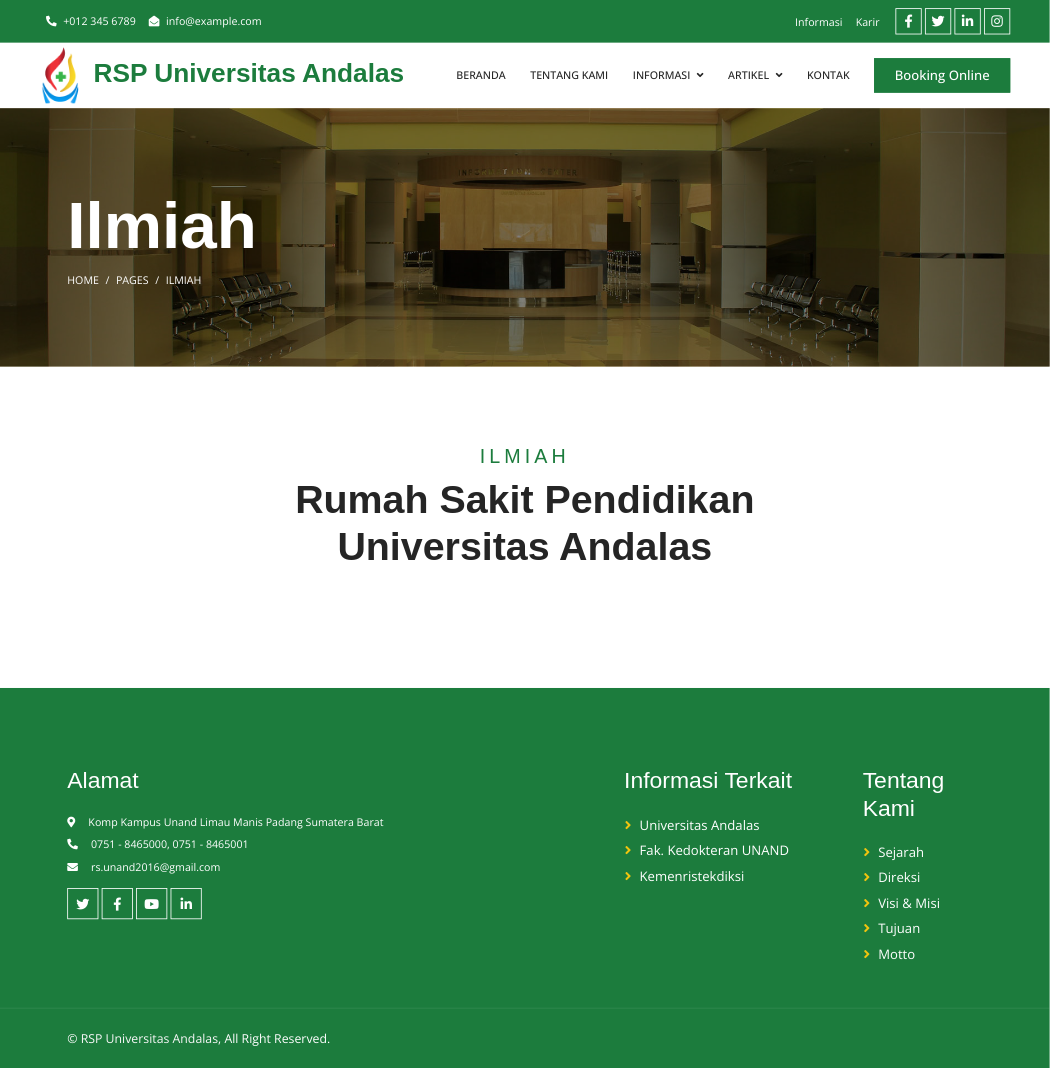
Repository: vivin-erialis/rsunand-site
Page: http://localhost/ilmiah
An editor plug-in stored every save of this project. The page is shown before and after a run of saves, followed by the edit.
The browser window is 1280 px wide. The pictures show the whole page, at 82% of full size.
Some web fonts or font styles are not loaded; a fallback is used. Some web libraries are served in a nearby version. The page is served by the project's Laravel application, run on PHP 8.4 with Laravel 12. Other server files are loaded and not shown. Queries for data that is not in the repository find no rows.

Above is the page before, as saved 2024-04-29 09:56:55.
Console error: TypeError: Cannot read properties of undefined (reading 'version')

### routes/web.php
<?php

use App\Http\Controllers\Backend\ArtikelController as BackendArtikelController;
use App\Http\Controllers\Frontend\ArtikelController;
use App\Http\Controllers\HomeController;
use App\Http\Controllers\InformasiController;
use App\Http\Controllers\TentangKamiController;
use Illuminate\Support\Facades\Route;

// Route::get('/', function () {
//     return view('welcome');
// });

Route::get('/', [HomeController::class, 'homePage']);
// Informasi
Route::get('tentang-kami', [TentangKamiController::class, 'tentangKami']);
Route::get('jadwal-dokter', [InformasiController::class, 'jadwalDokter']);
Route::get('informasi-dokter', [InformasiController::class, 'informasiDokter']);
Route::get('bagian-instalasi', [InformasiController::class, 'bagianInstalasi']);

// Artikel
Route::get('berita', [ArtikelController::class, 'berita']);
Route::get('ilmiah', [ArtikelController::class, 'ilmiah']);
Route::get('pendidikan-pelatihan', [ArtikelController::class, 'pendidikanPelatihan']);
Route::get('penyakit-pengobatan', [ArtikelController::class, 'penyakitPengobatan']);

Route::get('kontak', [HomeController::class, 'kontak']);
Route::get('informasi', [HomeController::class, 'informasi']);
Route::get('/karir', [HomeController::class, 'karir']);

//
Route::prefix('admin')->group(function () {
    Route::resource('/artikel', BackendArtikelController::class);
});

### app/Http/Controllers/Frontend/ArtikelController.php
<?php

namespace App\Http\Controllers\Frontend;

use App\Http\Controllers\Controller;
use App\Models\Artikel;
use App\Models\KategoriArtikel;
use Illuminate\Http\Request;
use Illuminate\Support\Facades\DB;

class ArtikelController extends Controller
{
    //
    //
    public function berita()
    {
        // Mengambil artikel dengan kategori "berita"
        $artikelBerita = Artikel::whereHas('kategori', function ($query) {
            $query->where('title', 'Berita');
        })->get();

        return view('Frontend.artikel.berita', [
            'headerStart' => 'Berita',
            'artikel' => $artikelBerita
        ]);
    }

    public function ilmiah()
    {
        $ilmiah = Artikel::whereHas('kategori', function ($query) {
            $query->where('title', 'Ilmiah');
        })->get();

        return view('Frontend.artikel.ilmiah', [
            'headerStart' => 'Ilmiah',
            'ilmiah' => $ilmiah,
        ]);
    }
    public function pendidikanPelatihan()
    {
        return view('Frontend.artikel.pendidikan-pelatihan', [
            'headerStart' => 'Pendidikan & Pelatihan'
        ]);
    }

    public function penyakitPengobatan()
    {
        return view('Frontend.artikel.penyakit-pengobatan', [
            'headerStart' => 'Penyakit & Pengobatan'
        ]);
    }
}

### app/Models/Artikel.php
<?php

namespace App\Models;

use Illuminate\Database\Eloquent\Factories\HasFactory;
use Illuminate\Database\Eloquent\Model;

class Artikel extends Model
{
    use HasFactory;

    protected $fillable = ['id', 'title', 'desc', 'isi', 'gambar', 'status', 'url', 'kategori_id', 'created_at', 'updated_at'];


    public function kategori() {
        return $this->belongsTo(KategoriArtikel::class, 'kategori_id');
    }
}

### app/Models/KategoriArtikel.php
<?php

namespace App\Models;

use Illuminate\Database\Eloquent\Factories\HasFactory;
use Illuminate\Database\Eloquent\Model;

class KategoriArtikel extends Model
{
    use HasFactory;

    public function artikel()
    {
        return $this->hasMany(Artikel::class, 'kategori_id');
    }
}

### resources/views/Frontend/artikel/ilmiah.blade.php
@extends('Frontend.layouts.main')
@section('title', 'Ilmiah')
@section('content')
    @include('Frontend.layouts.header')
    {{-- Ilmiah --}}
    <div class="container-xxl py-5">
        <div class="container">
            <div class="text-center mx-auto mb-5 wow fadeInUp" data-wow-delay="0.1s" style="max-width: 600px;">
                <h4 class="section-title">Ilmiah</h4>
                <h1 class="display-5 mb-4">Rumah Sakit Pendidikan Universitas Andalas</h1>
            </div>
            <dvi class="container-berita">

                @foreach ($ilmiah as $item)
                    <div class="card">
                        <img loading="lazy" class="card-img" src="{{ asset('/images/artikel/' . $item->gambar) }}">
                        <div class="card-content">
                            <h2 class="card-title">{{ $item->title }}</h2>
                            <p class="card-text">{!! $item->desc !!}</p>
                            <a href="/berita" class="card-button">Read More</a>
                        </div>
                    </div>
                @endforeach

            </dvi>
        </div>
    </div>
@endsection

### resources/views/Frontend/layouts/header.blade.php
<div class="container-fluid page-header py-5 mb-5 wow fadeIn" data-wow-delay="0.1s">
    <div class="container py-5">
        <h1 class="display-1 text-white animated slideInDown">{{$headerStart}}</h1>
        <nav aria-label="breadcrumb animated slideInDown">
            <ol class="breadcrumb text-uppercase mb-0">
                <li class="breadcrumb-item"><a class="text-white" href="#">Home</a></li>
                <li class="breadcrumb-item"><a class="text-white" href="#">Pages</a></li>
                <li class="breadcrumb-item text-white" aria-current="page">{{$headerStart}}</li>
            </ol>
        </nav>
    </div>
</div>

### resources/views/Frontend/layouts/topbar.blade.php
<div class="container-fluid bg-dark p-0 wow fadeIn" data-wow-delay="0.1s">
    <div class="row gx-0 d-none d-lg-flex">
        <div class="col-lg-7 px-5 text-start">
            <div class="h-100 d-inline-flex align-items-center py-3 me-3">
                <a class="text-body hp px-2" href="tel:+0123456789"><i class="fa fa-phone-alt text-white me-2"></i>+012 345 6789</a>
                <a class="text-body email px-2" href="mailto:info@example.com"><i class="fa fa-envelope-open text-white me-2"></i>info@example.com</a>
            </div>
        </div>
        <div class="col-lg-5 px-5 text-end">
            <div class="h-100 d-inline-flex align-items-center py-3 me-2">
                <a href="/informasi" class="text-body px-2" href="">Informasi</a>
                <a href="/karir" class="text-body px-2" href="">Karir</a>
            </div>
            <div class="h-100 d-inline-flex align-items-center">
                <a class="btn btn-sm-square btn-outline-body me-1" href=""><i class="fab fa-facebook-f"></i></a>
                <a class="btn btn-sm-square btn-outline-body me-1" href=""><i class="fab fa-twitter"></i></a>
                <a class="btn btn-sm-square btn-outline-body me-1" href=""><i class="fab fa-linkedin-in"></i></a>
                <a class="btn btn-sm-square btn-outline-body me-0" href=""><i class="fab fa-instagram"></i></a>
            </div>
        </div>
    </div>
</div>

### resources/views/Frontend/layouts/navbar.blade.php
<nav class="navbar navbar-expand-lg bg-white navbar-light sticky-top py-lg-0 px-lg-5 wow fadeIn" data-wow-delay="0.1s">
    <a href="/" class="navbar-brand ms-4 ms-lg-0">
        <h2 class="text-primary m-0"><img class="me-3" style="width: 50px" src="/../assets/img/rsunandlogo.png" alt="Icon">RSP Universitas Andalas</h2>
    </a>
    <button type="button" class="navbar-toggler me-4" data-bs-toggle="collapse" data-bs-target="#navbarCollapse">
        <span class="navbar-toggler-icon"></span>
    </button>
    <div class="collapse navbar-collapse" id="navbarCollapse">
        <div class="navbar-nav ms-auto p-4 p-lg-0">
            <a href="/" class="nav-item nav-link {{Request::is('/') ? 'active' : ''}} ">Beranda</a>
            <a href="/tentang-kami" class="nav-item nav-link  {{Request::is('tentang-kami') ? 'active' : ''}}">Tentang Kami</a>
            {{-- <a href="service.html" class="nav-item nav-link  {{Request::is('/') ? 'active' : ''}}">Services</a> --}}
            <div class="nav-item dropdown">
                <a href="#" class="nav-link dropdown-toggle" data-bs-toggle="dropdown">Informasi</a>
                <div class="dropdown-menu border-0 m-0">
                    <a href="/jadwal-doker" class="dropdown-item">Jadwal Dokter</a>
                    <a href="/informasi-dokter" class="dropdown-item">Informasi Dokter</a>
                    <a href="/kamar" class="dropdown-item">Ketersediaan Kamar</a>
                    <a href="/bagian-instalasi" class="dropdown-item">Bagian dan Instalasi</a>
                    {{-- <a href="testimonial.html" class="dropdown-item">Testimonial</a> --}}
                    {{-- <a href="404.html" class="dropdown-item">404 Page</a> --}}
                </div>
            </div>
            <div class="nav-item dropdown">
                <a href="#" class="nav-link dropdown-toggle" data-bs-toggle="dropdown">Artikel</a>
                <div class="dropdown-menu border-0 m-0">
                    <a href="/berita" class="dropdown-item">Berita</a>
                    <a href="/ilmiah" class="dropdown-item">Ilmiah</a>
                    <a href="/pendidikan-pelatihan" class="dropdown-item">Pendidikan dan Pelatihan</a>
                    <a href="/penyakit-pengobatan" class="dropdown-item">Penyakit dan Pengobatan</a>
                    {{-- <a href="testimonial.html" class="dropdown-item">Testimonial</a> --}}
                    {{-- <a href="404.html" class="dropdown-item">404 Page</a> --}}
                </div>
            </div>
            <a href="/kontak" class="nav-item nav-link  {{Request::is('kontak') ? 'active' : ''}}">Kontak</a>
        </div>
        <a href="/booking" class="btn btn-primary py-2 px-4 d-none d-lg-block">Booking Online</a>
    </div>
</nav>

### resources/views/Frontend/layouts/footer.blade.php
<div class="container-fluid bg-dark text-body footer mt-5 pt-5 px-0 wow fadeIn" data-wow-delay="0.1s">
    <div class="container py-5">
        <div class="row g-5">
            <div class="col-lg-7 col-md-6">
                <h3 class="text-light mb-4">Alamat</h3>
                <p class="mb-2"><i class="fa fa-map-marker-alt text-white me-3"></i>Komp Kampus Unand Limau Manis Padang Sumatera Barat</p>
                <p class="mb-2"><i class="fa fa-phone-alt text-white me-3"></i>0751 - 8465000, 0751 - 8465001</p>
                <p class="mb-2"><i class="fa fa-envelope text-white me-3"></i>rs.unand2016@gmail.com</p>
                <div class="d-flex pt-2">
                    <a class="btn btn-square btn-outline-body me-1" href=""><i class="fab fa-twitter"></i></a>
                    <a class="btn btn-square btn-outline-body me-1" href=""><i class="fab fa-facebook-f"></i></a>
                    <a class="btn btn-square btn-outline-body me-1" href=""><i class="fab fa-youtube"></i></a>
                    <a class="btn btn-square btn-outline-body me-0" href=""><i class="fab fa-linkedin-in"></i></a>
                </div>
            </div>
            <div class="col-lg-3 col-md-6">
                <h3 class="text-light mb-4">Informasi Terkait</h3>
                <a class="btn btn-link" href="">Universitas Andalas</a>
                <a class="btn btn-link" href="">Fak. Kedokteran UNAND</a>
                <a class="btn btn-link" href="">Kemenristekdiksi</a>
            </div>
            <div class="col-lg-2 col-md-6">
                <h3 class="text-light mb-4">Tentang Kami</h3>
                <a class="btn btn-link" href="">Sejarah</a>
                <a class="btn btn-link" href="">Direksi</a>
                <a class="btn btn-link" href="">Visi & Misi</a>
                <a class="btn btn-link" href="">Tujuan</a>
                <a class="btn btn-link" href="">Motto</a>
            </div>

        </div>
    </div>
    <div class="container-fluid copyright">
        <div class="container">
            <div class="row">
                <div class="col-md-6 text-center text-md-start mb-3 mb-md-0">
                    &copy; <a href="#">RSP Universitas Andalas</a>, All Right Reserved.
                </div>
                {{-- <div class="col-md-6 text-center text-md-end">
                    <!--/*** This template is free as long as you keep the footer author’s credit link/attribution link/backlink. If you'd like to use the template without the footer author’s credit link/attribution link/backlink, you can purchase the Credit Removal License from "https://htmlcodex.com/credit-removal". Thank you for your support. ***/-->
                    Designed By <a href="https://htmlcodex.com">HTML Codex</a>
                    <br> Distributed By: <a class="border-bottom" href="https://themewagon.com" target="_blank">ThemeWagon</a>
                </div> --}}
            </div>
        </div>
    </div>
</div>

Loaded but not shown: app/Http/Controllers/Controller.php (common file); public/assets/lib/animate/animate.min.css (library); public/assets/lib/owlcarousel/assets/owl.carousel.min.css (common file); public/assets/lib/tempusdominus/css/tempusdominus-bootstrap-4.min.css (library); public/assets/css/bootstrap.min.css (library); public/assets/lib/wow/wow.min.js (library); public/assets/lib/easing/easing.min.js (common file); public/assets/lib/waypoints/waypoints.min.js (library); public/assets/lib/counterup/counterup.min.js (common file); public/assets/lib/owlcarousel/owl.carousel.min.js (library); public/assets/lib/tempusdominus/js/moment-timezone.min.js (library); public/assets/lib/tempusdominus/js/tempusdominus-bootstrap-4.min.js (library); public/assets/js/main.js (83 lines, source omitted); resources/views/Frontend/layouts/main.blade.php (468 lines, source omitted); public/assets/css/style.css (664 lines, source omitted)

After the next 2 saves:
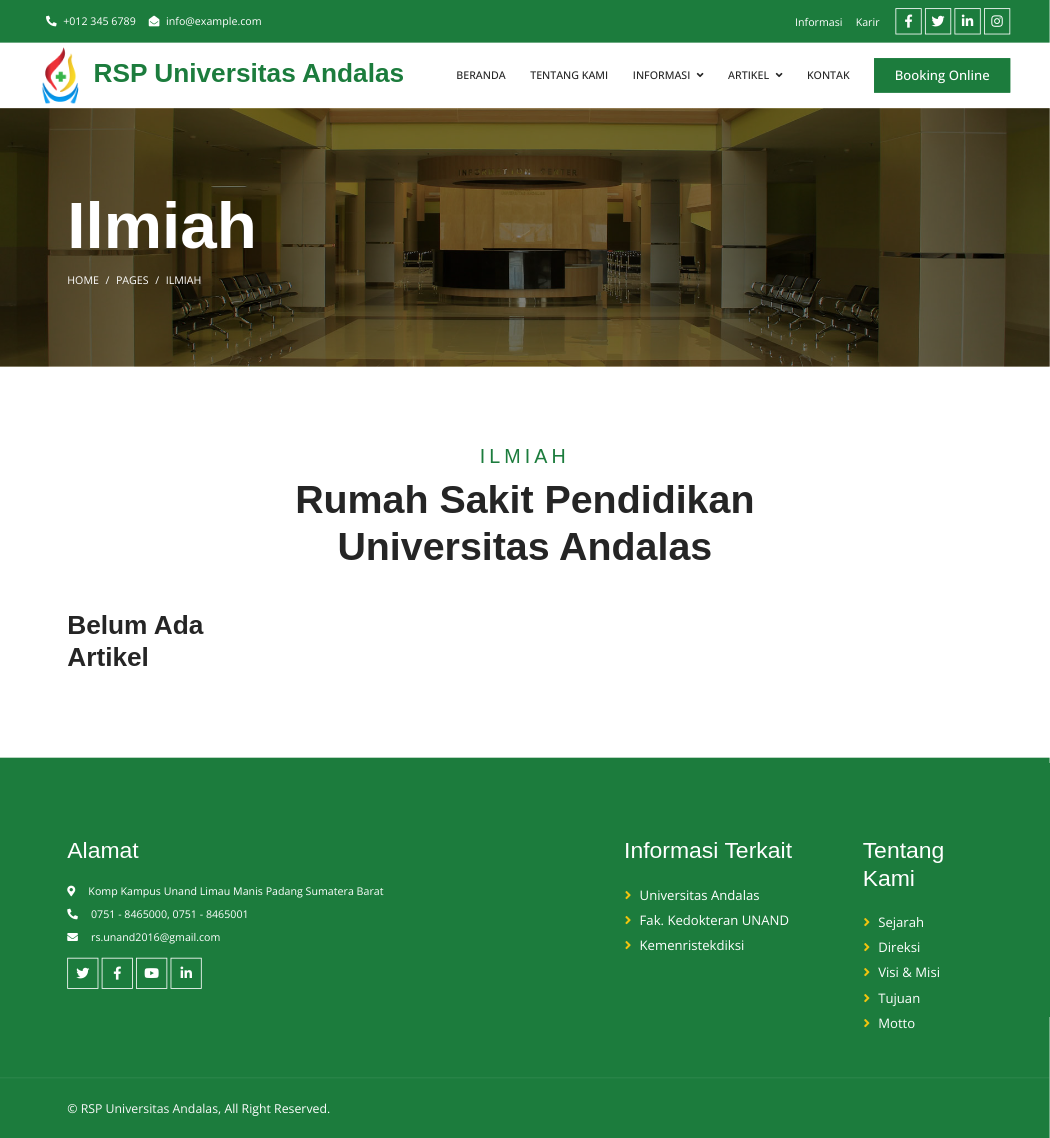
The 2 saves are shown as one change because 1 did not build or start.
The last was saved 91 s later.
--- a/resources/views/Frontend/artikel/ilmiah.blade.php
+++ b/resources/views/Frontend/artikel/ilmiah.blade.php
@@ -10,7 +10,9 @@
                 <h1 class="display-5 mb-4">Rumah Sakit Pendidikan Universitas Andalas</h1>
             </div>
             <dvi class="container-berita">
-
+                @if ($ilmiah->isEmpty())
+                    <h2>Belum Ada Artikel</h2>
+                @endif
                 @foreach ($ilmiah as $item)
                     <div class="card">
                         <img loading="lazy" class="card-img" src="{{ asset('/images/artikel/' . $item->gambar) }}">
